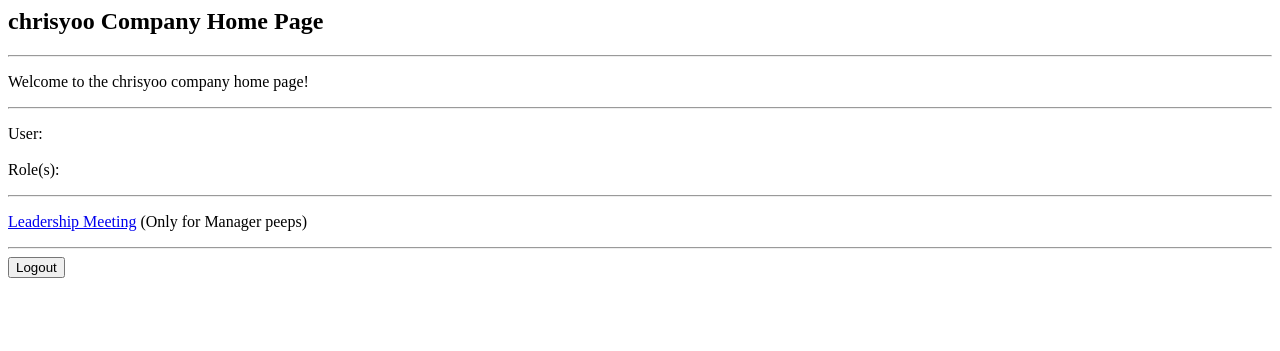
Repository: keldim/ChadSpringUdemy
Page: http://localhost/spring-security-demo-07-user-roles/WEB-INF/view/home.jsp
An editor plug-in stored every save of this project. The page is shown before and after the next save, followed by the edit.
The browser window is 1280 px wide. The pictures show the whole page.
The page is served by Tomcat 9. Nobody is signed in. The template is opened directly, without the code that normally fills it, so the values that code supplies are empty.

Above is the page before, as saved 2018-10-02 23:06:12.

After the next save:
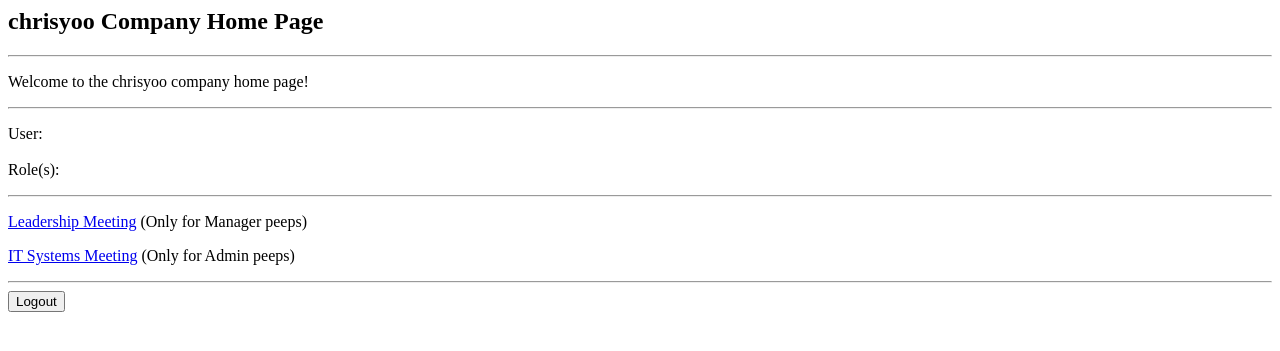
Saved 16 min 40 s later.
--- a/spring-security-demo-07-user-roles/WebContent/WEB-INF/view/home.jsp
+++ b/spring-security-demo-07-user-roles/WebContent/WEB-INF/view/home.jsp
@@ -37,7 +37,12 @@
 	</p>
 
 
+	<p>
 
+		<a href="${pageContext.request.contextPath}/systems">IT Systems
+			Meeting</a> (Only for Admin peeps)
+
+	</p>
 
 	<hr>
 
